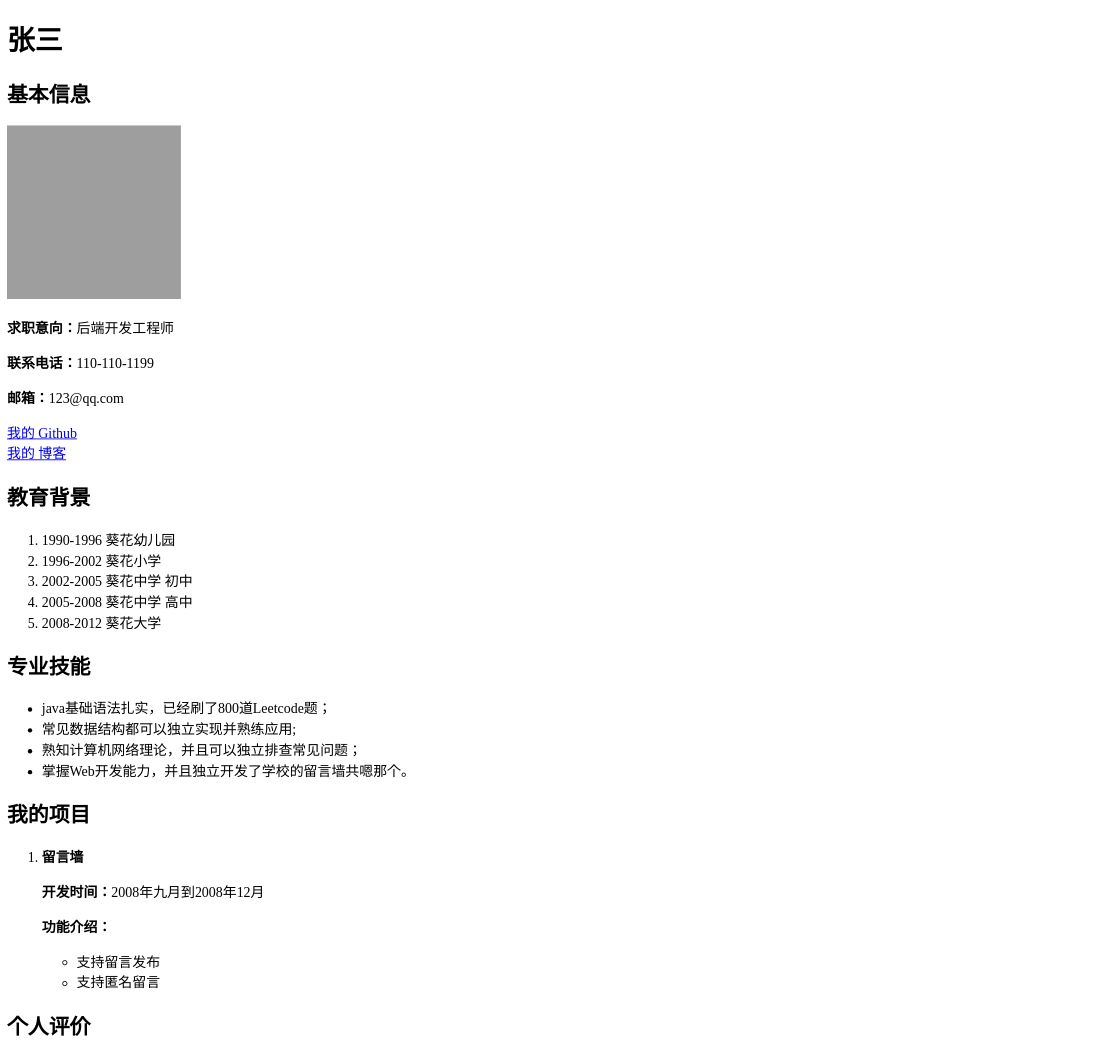
Repository: ls02/VSCode
Page: Java/2022/6-21-1/Test1.html
The author's editor kept a copy of each file at every save. The page is drawn from the files as they stood at one save, then again after the next save.
The browser window is 1280 px wide. The pictures show the whole page, at 87% of full size.
Pictures or frames that could not be fetched are drawn as grey boxes.

Above is the page before, as saved 2022-06-21 14:48:04.

### Java/2022/6-21-1/Test1.html
<!--
 * @Author: ls02 <2877455773@qq.com>
 * @Date: 2022-06-21 11:01:41
 * @LastEditors: ls02 <2877455773@qq.com>
 * @LastEditTime: 2022-06-21 14:48:04
 * @FilePath: \Java\2022\6-21-1\Test1.html
 * @Description:
 *
 * Copyright (c) 2022 by ${ls02 <2877455773@qq.com>}, All Rights Reserved.
-->
<!DOCTYPE html>
<html lang="en">
<head>
    <meta charset="UTF-8">
    <meta http-equiv="X-UA-Compatible" content="IE=edge">
    <meta name="viewport" content="width=device-width, initial-scale=1.0">
    <title>我的简历</title>
</head>
<body>
    <h1>张三</h1>
    <h2>基本信息</h2>
    <img src="../6-18-1/image/1.jpg"
    alt="图片加载失败"
    title="个人图片"
    width="200" height="200">
    <br>
    <p><b>求职意向：</b>后端开发工程师</p>
    <p><b>联系电话：</b>110-110-1199</p>
    <p><b>邮箱：</b>123@qq.com</p>
    <a href="https://www.github.com"
    target="_blank">我的 Github</a>
    <br>
    <a href="https://www.csdn.net"
    target="_blank">我的 博客</a>
    <h2>教育背景</h2>
    <ol>
        <li>1990-1996 葵花幼儿园</li>
        <li>1996-2002 葵花小学</li>
        <li>2002-2005 葵花中学 初中</li>
        <li>2005-2008 葵花中学 高中</li>
        <li>2008-2012 葵花大学</li>
    </ol>
    <h2>专业技能</h2>
    <ul>
        <li>java基础语法扎实，已经刷了800道Leetcode题；</li>
        <li>常见数据结构都可以独立实现并熟练应用;</li>
        <li>熟知计算机网络理论，并且可以独立排查常见问题；</li>
        <li>掌握Web开发能力，并且独立开发了学校的留言墙共嗯那个。</li>
    </ul>
    <h2>我的项目</h2>
    <ol>
        <li><b>留言墙</b></li>
        <p><b>开发时间：</b>2008年九月到2008年12月</p>
        <p><b>功能介绍：</b></p>
        <ul>
            <li>支持留言发布</li>
            <li>支持匿名留言</li>
        </ul>
    </ol>
    <h2>个人评价</h2>
</body>
</html>

After the next save:
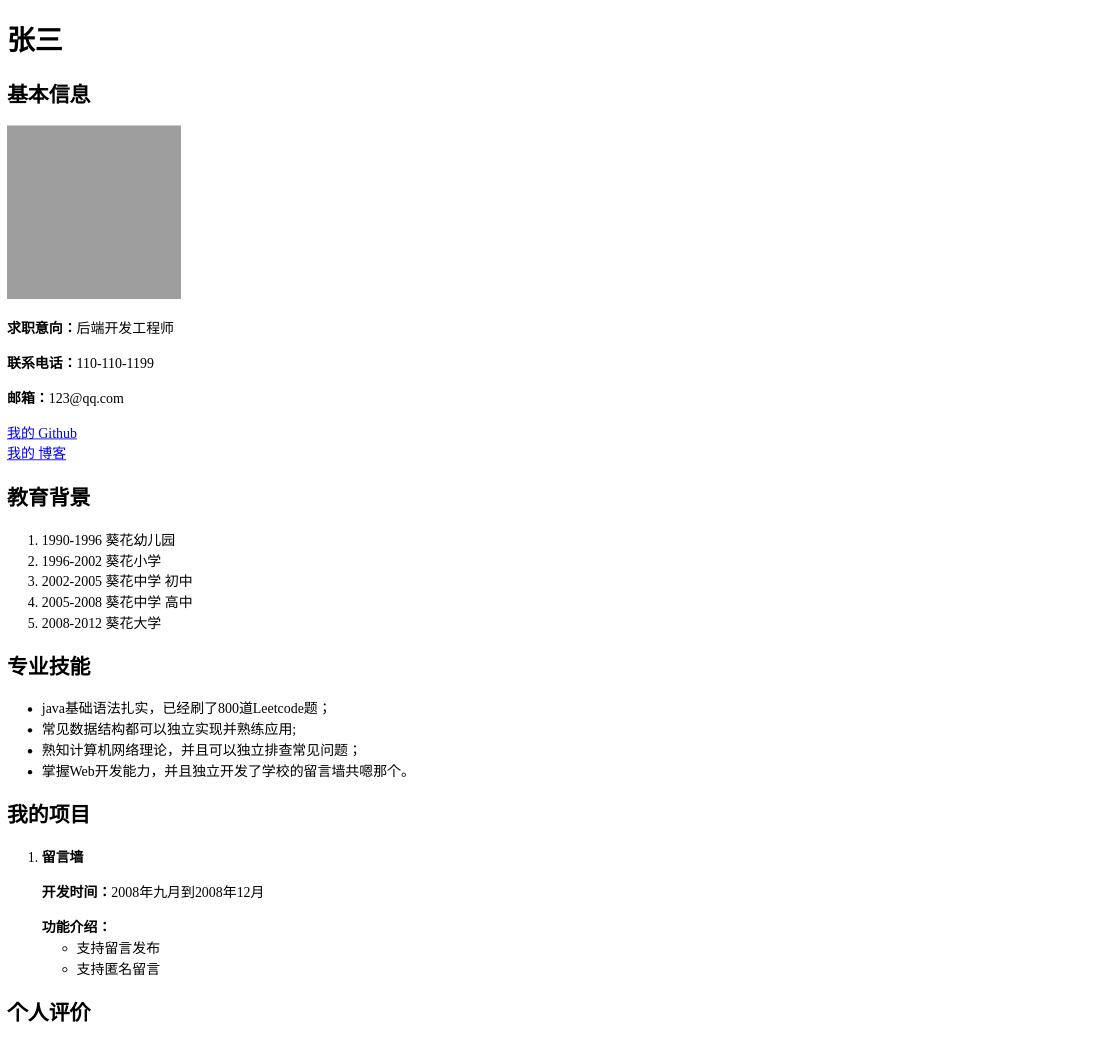
Saved 13 s later.
--- a/Java/2022/6-21-1/Test1.html
+++ b/Java/2022/6-21-1/Test1.html
@@ -51,7 +51,7 @@
     <ol>
         <li><b>留言墙</b></li>
         <p><b>开发时间：</b>2008年九月到2008年12月</p>
-        <p><b>功能介绍：</b></p>
+        <b>功能介绍：</b>
         <ul>
             <li>支持留言发布</li>
             <li>支持匿名留言</li>

After the save that followed:
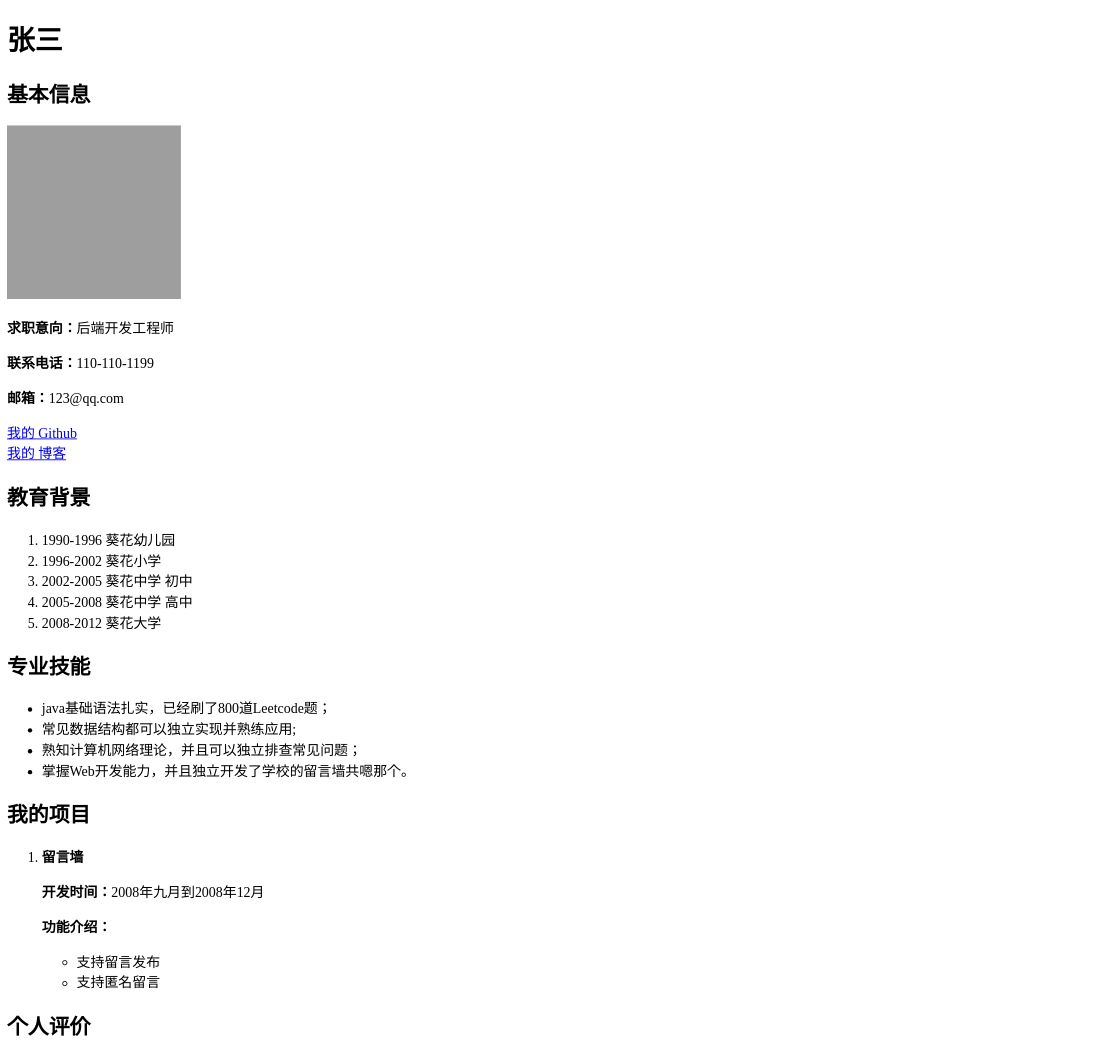
Saved 6 s later.
--- a/Java/2022/6-21-1/Test1.html
+++ b/Java/2022/6-21-1/Test1.html
@@ -51,7 +51,7 @@
     <ol>
         <li><b>留言墙</b></li>
         <p><b>开发时间：</b>2008年九月到2008年12月</p>
-        <b>功能介绍：</b>
+        <p><b>功能介绍：</b></p>
         <ul>
             <li>支持留言发布</li>
             <li>支持匿名留言</li>
